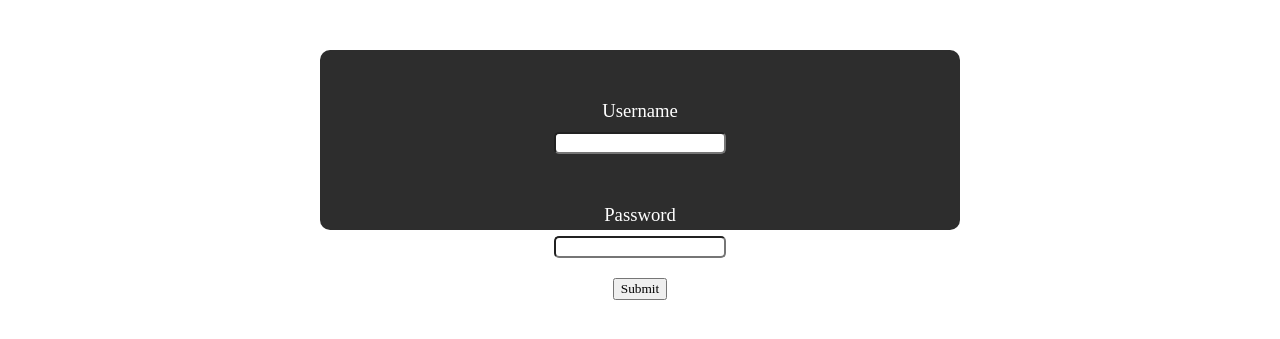
Repository: rdf004/playfab_blackjack
Page: /
The author's editor kept a copy of each file at every save. The page is drawn from the files as they stood at one save, then again after the next save.
The browser window is 1280 px wide. The pictures show the whole page.
Some web fonts or font styles are not loaded; a fallback is used. The project was rebuilt for these pictures with package versions that can differ from the ones it lists, and the page was loaded fresh each time. Also part of the build but not shown: src/Components/App.js.

Above is the page before, as saved 2020-05-07 20:28:13.

### src/index.js
import React from 'react';
import ReactDOM from 'react-dom';
import './Style/style.css';
import App from './Components/App';
import Login from './Components/Login';
import * as serviceWorker from './serviceWorker';

ReactDOM.render(
  <React.StrictMode>
    <Login />
  </React.StrictMode>,
  document.getElementById('root')
);

// If you want your app to work offline and load faster, you can change
// unregister() to register() below. Note this comes with some pitfalls.
// Learn more about service workers: https://bit.ly/CRA-PWA
serviceWorker.unregister();

### src/Style/style.css
.login-page {

}

.login-div {
    background-color: #2D2D2D;
    width: 50vw;
    height: 25vh;
    display: grid;
    text-align: center;
    grid-template-columns: 100%;
    margin: auto;
    margin-top: 50px;

    border-radius: 10px;
}

.form-div {
    margin-top: 50px;
}

.login-form {
    margin: auto;
}

.login-item {
    margin: auto;
    color: white;
}

.login-button {
    margin: 20px auto;
}

.login-input {
    border-radius: 5px;
}

.login-field {
    margin: 10px;
    font-size: 14pt;
}


html, body {
    margin:0;
    padding:0;
    width:100%;
    height:100%;
    overflow: auto;
}

@font-face {
    font-family: "San Francisco";
    font-weight: 400;
    src: url("https://applesocial.s3.amazonaws.com/assets/styles/fonts/sanfrancisco/sanfranciscodisplay-regular-webfont.woff");
}

* {
    font-family: "San Francisco";
}

### src/Components/Login.js
import React from 'react';
import '../Style/style.css';

class Login extends React.Component {

    render() {
        return(
            <div className="login-page">
                <div className="login-div">
                    <form className="login-form">
                        <div className="form-div">
                            <label className="login-item">
                                <p className="login-field">Username</p>
                                <input className="login-input" type="text" name="username" />
                            </label>
                        </div>
                        <div className="form-div">
                            <label className="login-item">
                                <p className="login-field">Password</p>
                                <input className="login-input" type="text" name="password" />
                            </label>
                        </div>
                        <input className="login-button" type="submit" value="Submit" />
                    </form>
                </div>
            </div>
        );
    }

}

export default Login;

Loaded but not shown: public/index.html (common file); src/serviceWorker.js (common file)

After the next save:
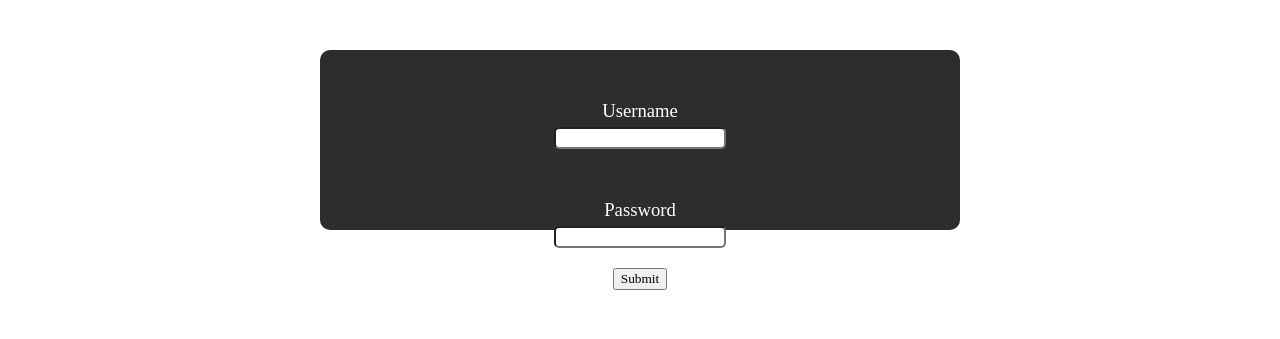
Saved 5 s later.
--- a/src/Style/style.css
+++ b/src/Style/style.css
@@ -37,7 +37,7 @@
 }
 
 .login-field {
-    margin: 10px;
+    margin: 5px;
     font-size: 14pt;
 }
 
